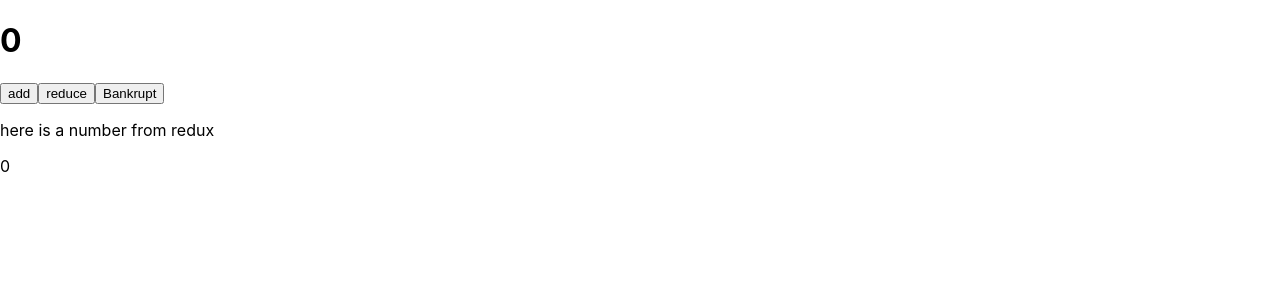
Repository: firefly-yy/react-projects
Page: / (app in 2022/react-redux-ts/)
These files come from the project's save history. The page is drawn as it stood at one moment and after the next save; the edit follows.
The browser window is 1280 px wide. The pictures show the whole page.
The project was rebuilt for these pictures with package versions that can differ from the ones it lists, and the page was loaded fresh each time. Also part of the build but not shown: 2022/react-redux-ts/src/App.css.

Above is the page before, as saved 2022-01-10 13:36:39.

### 2022/react-redux-ts/src/index.tsx
import React from "react";
import ReactDOM from "react-dom";
import "./index.css";
import App from "./App";
import reportWebVitals from "./reportWebVitals";
import { Provider } from "react-redux";
import { store } from "./state/index";

ReactDOM.render(
  <React.StrictMode>
    <Provider store={store}>
      <App />
    </Provider>
  </React.StrictMode>,
  document.getElementById("root")
);

// If you want to start measuring performance in your app, pass a function
// to log results (for example: reportWebVitals(console.log))
// or send to an analytics endpoint. Learn more: https://bit.ly/CRA-vitals
reportWebVitals();

### 2022/react-redux-ts/src/App.tsx
import React from "react";
import "./App.css";
import { useDispatch, useSelector } from "react-redux";
import { bindActionCreators } from "redux";
import { actionCreators, State } from "./state";
import Test from "./components/Test";

function App() {
  const dispatch = useDispatch();

  const { depositMoney, withdrawMoney, bankrupt } = bindActionCreators(
    actionCreators,
    dispatch
  );
  const amount = useSelector((state: State) => state.bank);

  return (
    <div className="app">
      <h1>{amount}</h1>
      <button
        onClick={() => {
          depositMoney(100);
        }}
      >
        add
      </button>
      <button
        onClick={() => {
          withdrawMoney(50);
        }}
      >
        reduce
      </button>
      <button
        onClick={() => {
          bankrupt();
        }}
      >
        Bankrupt
      </button>
      <Test />
    </div>
  );
}

export default App;

### 2022/react-redux-ts/src/state/index.ts
export * as actionCreators from "./action-creators";
export * from "./store";
export * from "./reducers/index";

### 2022/react-redux-ts/src/components/Test.tsx
import React from "react";
import { useSelector } from "react-redux";
import { State } from "../state";

function Test() {
  const amount = useSelector((state: State) => state.bank);
  return (
    <div>
      <p>here is a number from redux</p>
      <p>{amount}</p>
    </div>
  );
}

export default Test;

### 2022/react-redux-ts/src/state/action-creators/index.ts
import { ActionType } from "../actions-types";
import { Dispatch } from "redux";
import { Action } from "../actions/index";

export const depositMoney = (amount: number) => {
  return (dispatch: Dispatch<Action>) => {
    dispatch({
      type: ActionType.DEPOSIT,
      payload: amount,
    });
  };
};

export const withdrawMoney = (amount: number) => {
  return (dispatch: Dispatch<Action>) => {
    dispatch({
      type: ActionType.WITHDRAW,
      payload: amount,
    });
  };
};
export const bankrupt = () => {
  return (dispatch: Dispatch<Action>) => {
    dispatch({
      type: ActionType.BANKRUPT,
    });
  };
};

### 2022/react-redux-ts/src/state/reducers/index.ts
import { combineReducers } from "redux";
import bankReducer from "./bankReducer";

const reducers = combineReducers({
  bank: bankReducer,
});

export default reducers;
export type State = ReturnType<typeof reducers>;

### 2022/react-redux-ts/src/state/actions-types/index.ts
export enum ActionType {
  DEPOSIT = "deposit",
  WITHDRAW = "withdraw",
  BANKRUPT = "bankrupt",
}

### 2022/react-redux-ts/src/state/reducers/bankReducer.ts
import { ActionType } from "../actions-types";
import { Action } from "../actions/index";

const initialState = 0;

const reducer = (state: number = initialState, action: Action) => {
  switch (action.type) {
    case ActionType.DEPOSIT:
      return state + action.payload;
    case ActionType.WITHDRAW:
      return state - action.payload;
    case ActionType.BANKRUPT:
      return 0;
    default:
      return state;
  }
};

export default reducer;

Loaded but not shown: 2022/react-redux-ts/public/index.html (common file); 2022/react-redux-ts/src/index.css (common file); 2022/react-redux-ts/src/reportWebVitals.ts (common file); 2022/react-redux-ts/src/state/store.ts (common file)

After the next save:
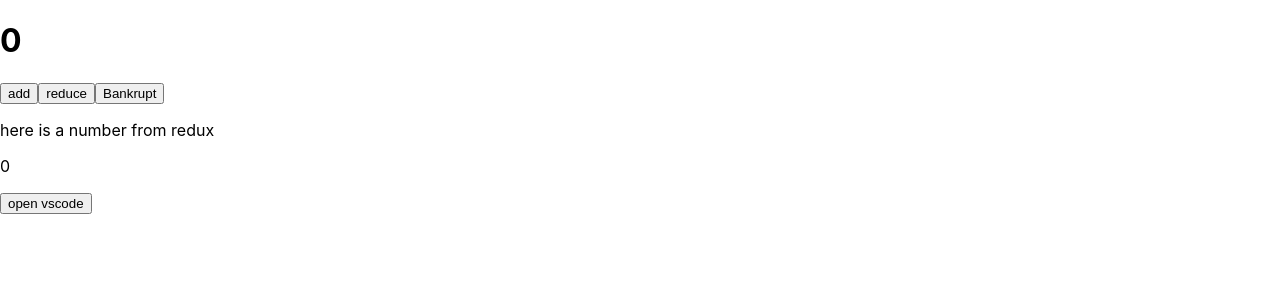
Saved 19 h 37 min later.
--- a/2022/react-redux-ts/src/App.tsx
+++ b/2022/react-redux-ts/src/App.tsx
@@ -39,6 +39,7 @@ function App() {
         Bankrupt
       </button>
       <Test />
+      <button>open vscode</button>
     </div>
   );
 }
